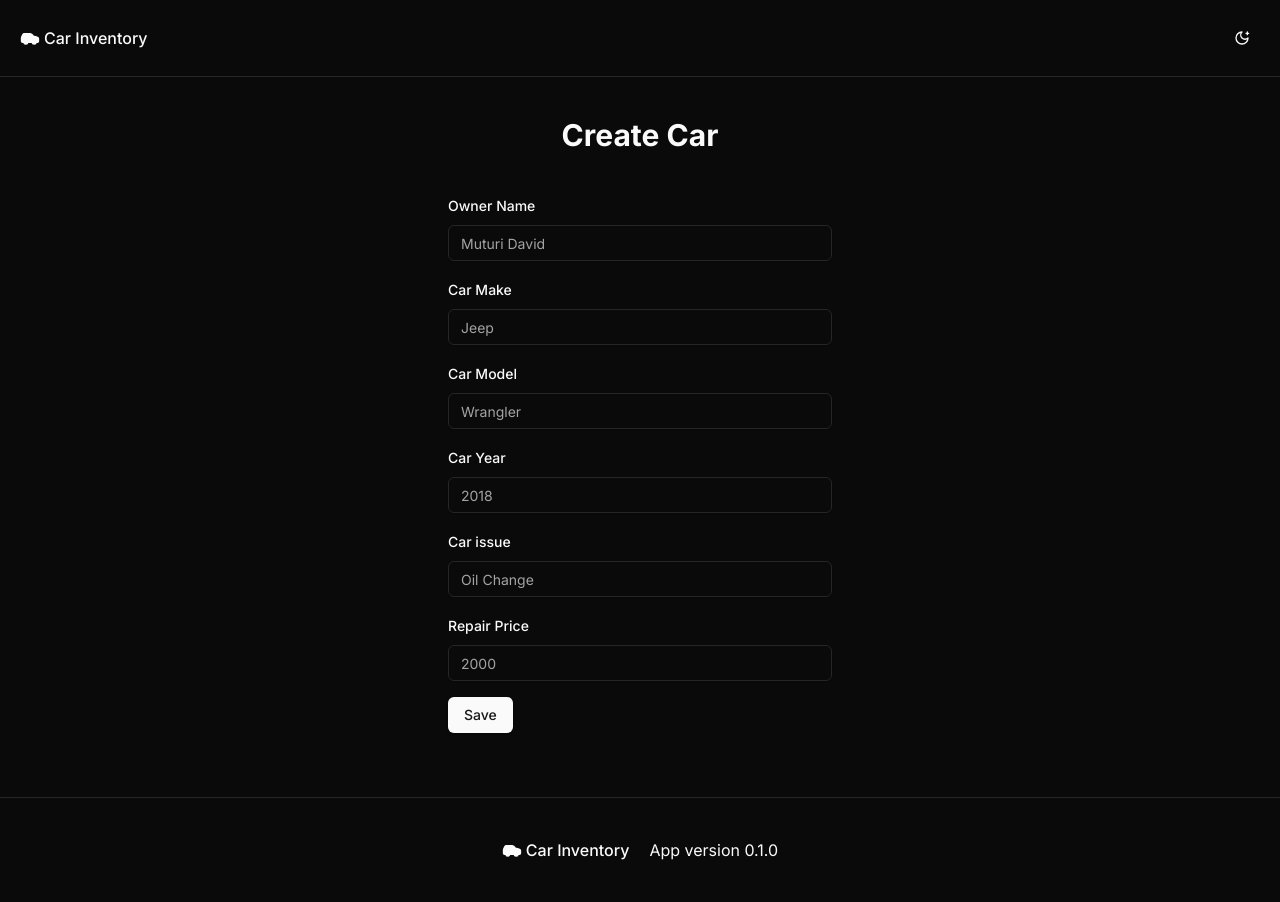
Repository: tushcmd/car-inventory
Page: /create (app in frontend/)
The author's editor kept a copy of each file at every save. The page is drawn from the files as they stood at one save, then again after the next save.
The browser window is 1280 px wide. The pictures show the whole page.
The project was rebuilt for these pictures with package versions that can differ from the ones it lists, and the page was loaded fresh each time. The framework's server and built-in components were replaced by stand-ins that run in the browser. Also part of the build but not shown: frontend/next.config.mjs.

Above is the page before, as saved 2024-05-26 00:12:45.

After the next save:
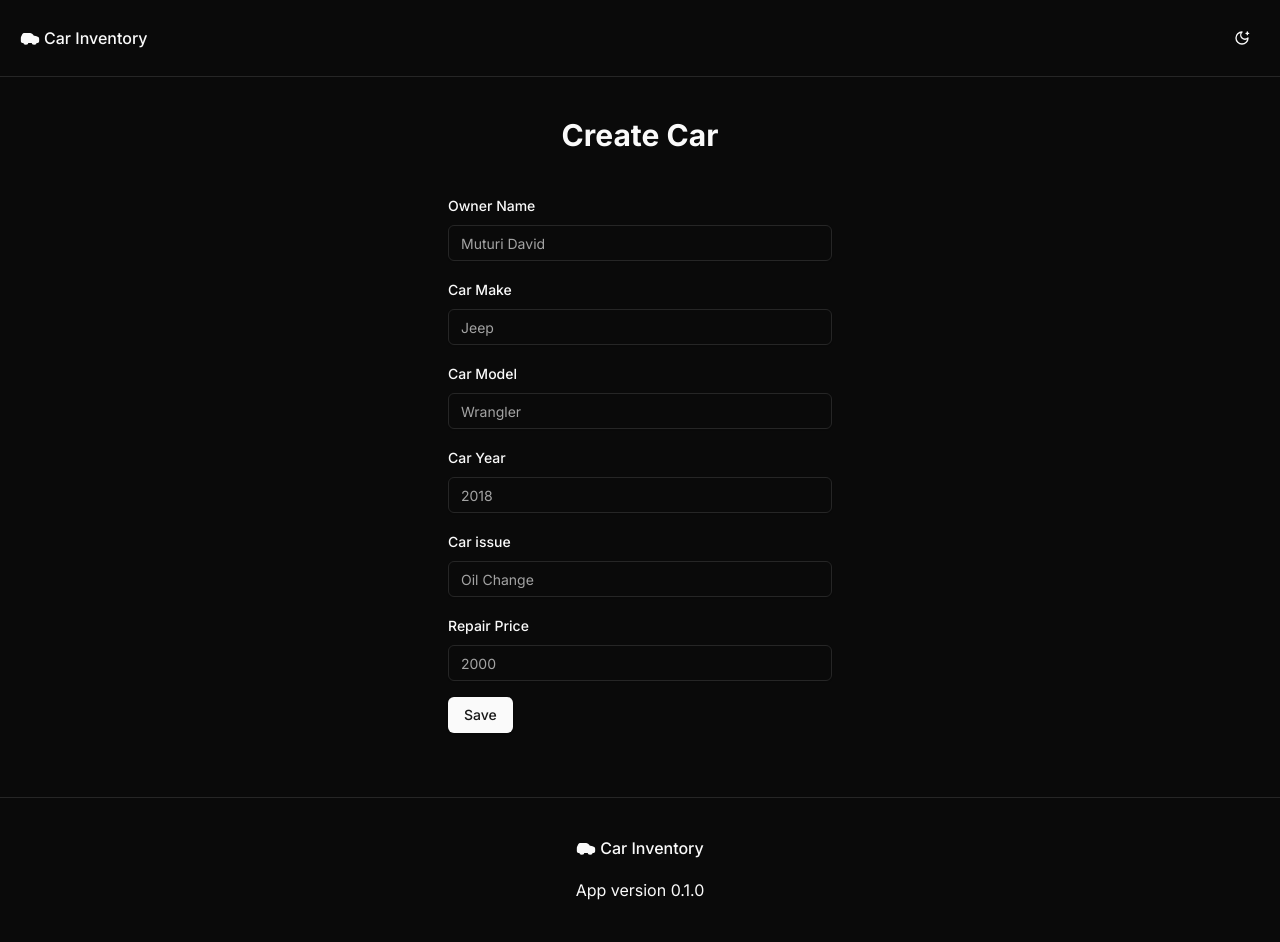
Saved 14 s later.
--- a/frontend/components/shared/Footer.tsx
+++ b/frontend/components/shared/Footer.tsx
@@ -4,7 +4,7 @@ import Logo from './Logo'
 const Footer: FC = () => {
   return (
     <footer className='border-t'>
-        <div className='layout-container flex flex-row gap-5 items-center  justify-center py-10'>
+        <div className='layout-container flex flex-col gap-5 items-center  justify-center py-10'>
             <Logo />
             <p>App version 0.1.0</p>
         </div>
